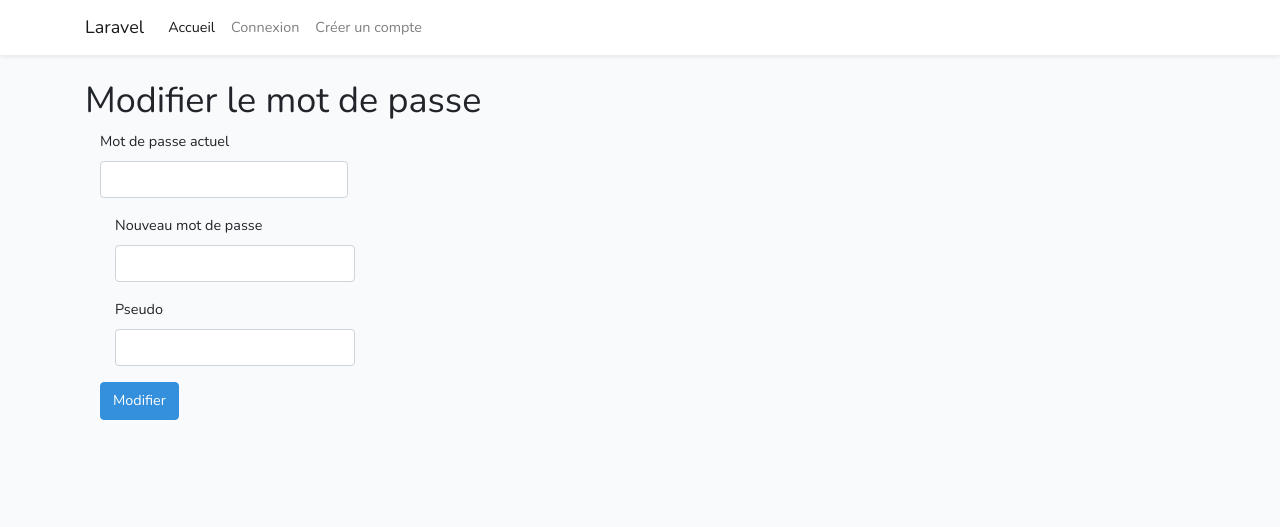
Repository: ypiard85/laravel-social-app
Page: resources/views/user/passwordedit.blade.php
An editor plug-in stored every save of this project. The page is shown before and after the next save, followed by the edit.
The browser window is 1280 px wide. The pictures show the whole page.
The page is served by the project's Laravel application, run on PHP 8.4 with Laravel 8. The template is opened directly, without the code that normally fills it, so the values that code supplies are empty.

Above is the page before, as saved 2021-06-28 15:18:04.

After the next save:
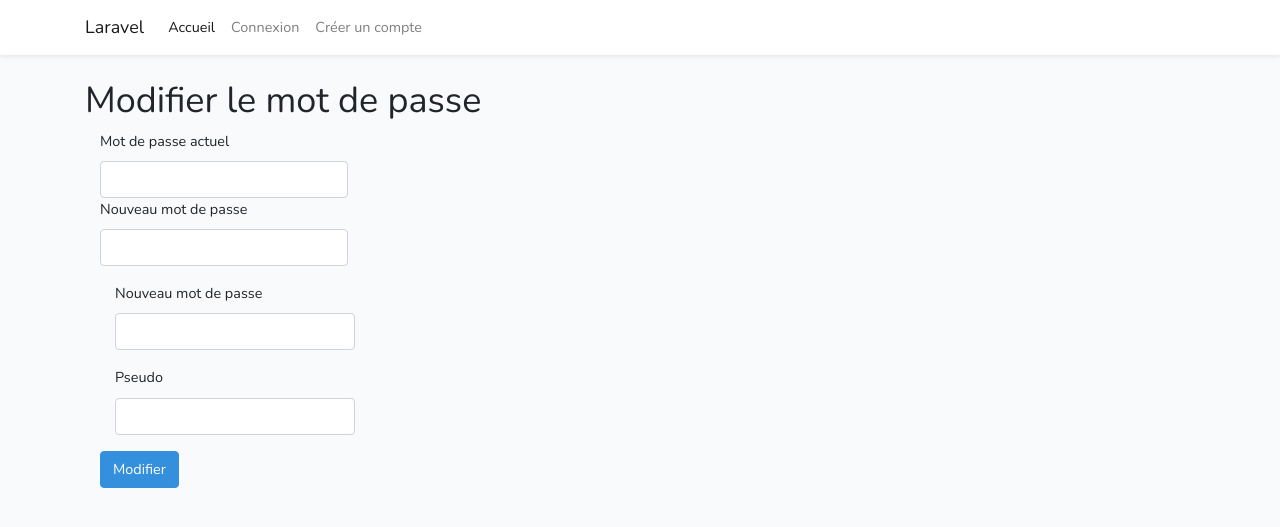
Saved 13 s later.
--- a/resources/views/user/passwordedit.blade.php
+++ b/resources/views/user/passwordedit.blade.php
@@ -12,6 +12,8 @@
                     <div class="col-md-3 mb-3">
                         <label for="prenom">Mot de passe actuel</label>
                         <input class="form-control" type="password" name="password_actual" >
+                        <label for="nom">Nouveau mot de passe</label>
+                        <input class="form-control" type="password" name="password" >
                     </div>
                 </div>
                     <div class="col-md-3 mb-3">
